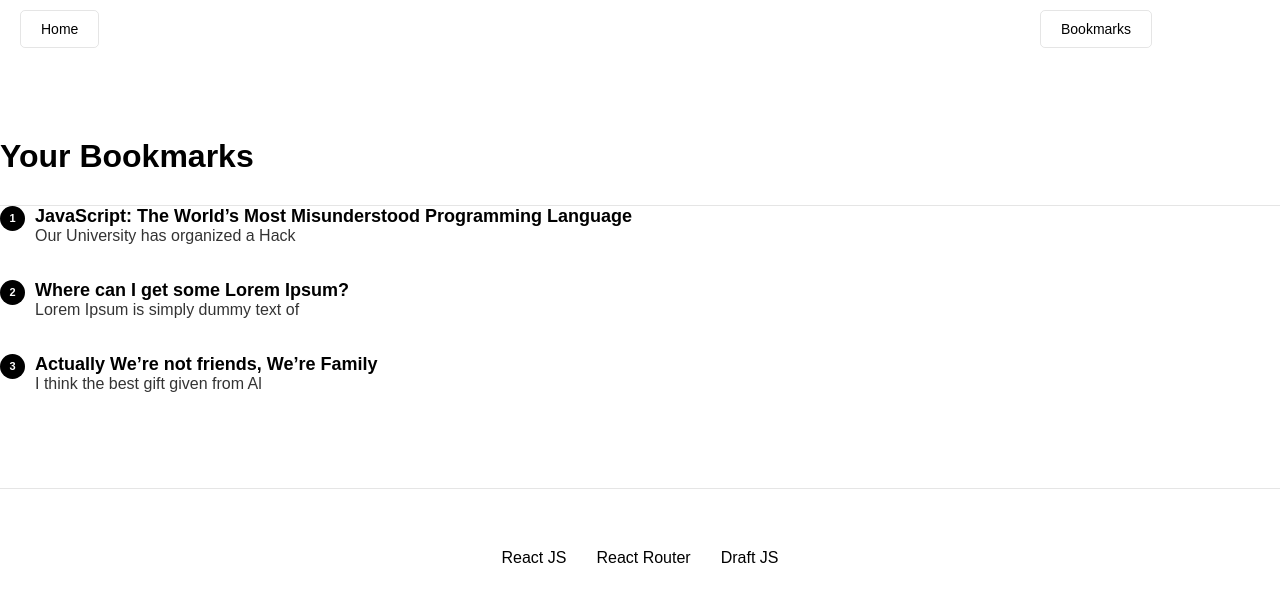
Repository: DevLaukey/task
Page: /react-mini-blog/bookmark
These files come from the project's save history. The page is drawn as it stood at one moment and after the next save; the edit follows.
The browser window is 1280 px wide. The pictures show the whole page.
The project was rebuilt for these pictures with package versions that can differ from the ones it lists, and the page was loaded fresh each time. Also part of the build but not shown: src/data.js, src/Components/content/content.css, src/Components/content/Post.js, src/Components/content/Posts.js, src/Components/content/Content.js, src/Components/RichText/StyleButton.js, src/Components/RichText/BlockStyleControls.js, src/Components/RichText/InlineStyleControls.js and 4 more.

Above is the page before, as saved 2022-06-13 13:31:14.

After the next save:
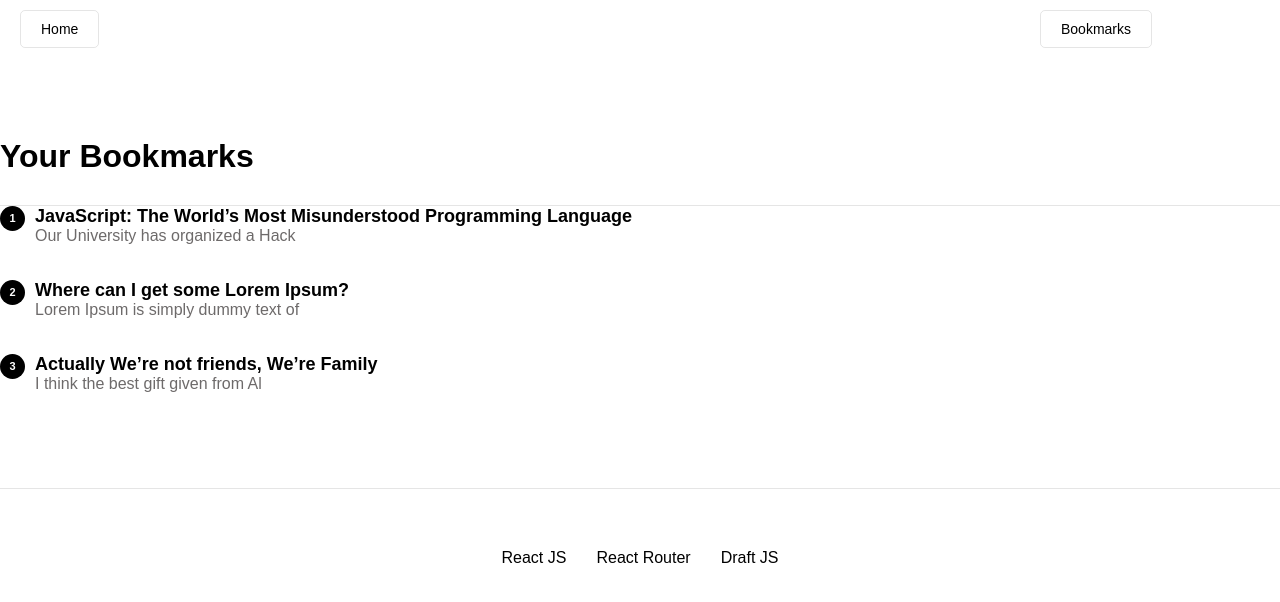
Saved 107 s later.
--- a/src/App.css
+++ b/src/App.css
@@ -49,7 +49,7 @@ a.btn {
 
 .bookmark p {
   font-size: 16px;
-  color: rgba(0, 0, 0, 0.8);
+  color: rgba(73, 69, 69, 0.8);
   margin: 0;
 }
 
